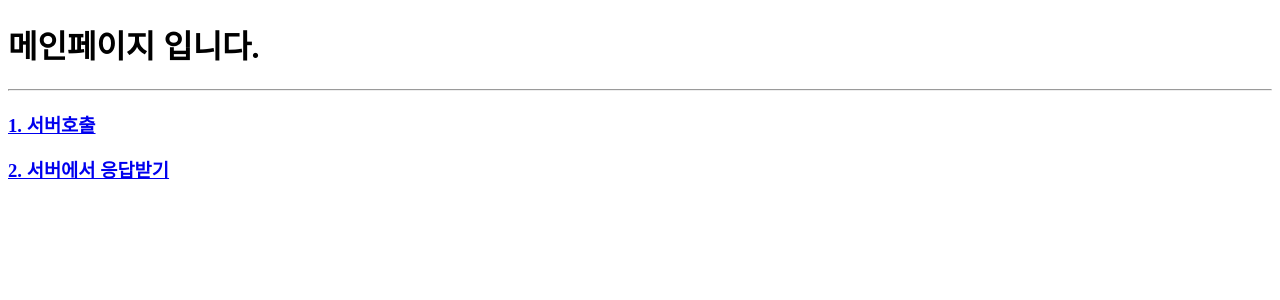
Repository: ParkHyeonju12/servlet
Page: web-workspace/02_noDbProject/src/main/webapp/index.html
These files come from the project's save history. The page is drawn as it stood at one moment and after the next save; the edit follows.
The browser window is 1280 px wide. The pictures show the whole page.

Above is the page before, as saved 2022-08-29 06:49:50.

### web-workspace/02_noDbProject/src/main/webapp/index.html
<!DOCTYPE html>
<html>
<head>
<meta charset="UTF-8">
<title>Insert title here</title>
</head>
<body>
	<h1>메인페이지 입니다.</h1>
	<hr>
	<h3><a href="/requestServer.do">1. 서버호출</a></h3>
	<h3><a href="/responseTest.do">2. 서버에서 응답받기</a></h3>
</body>
</html>

After the next save:
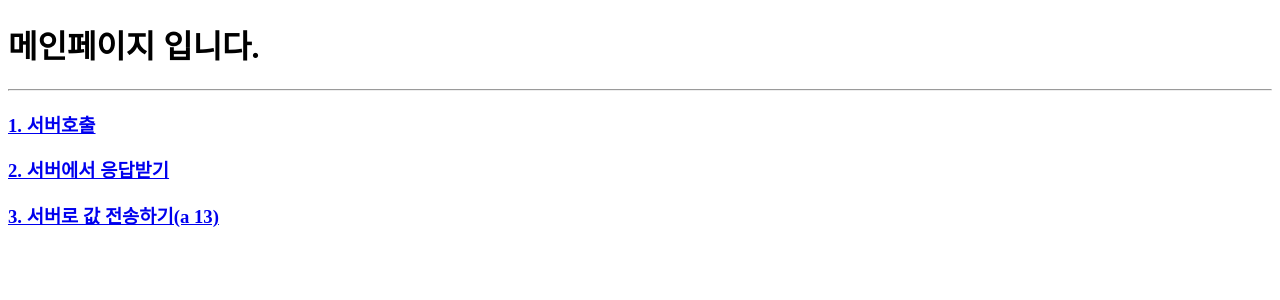
Saved 2 min 55 s later.
--- a/web-workspace/02_noDbProject/src/main/webapp/index.html
+++ b/web-workspace/02_noDbProject/src/main/webapp/index.html
@@ -9,5 +9,6 @@
 	<hr>
 	<h3><a href="/requestServer.do">1. 서버호출</a></h3>
 	<h3><a href="/responseTest.do">2. 서버에서 응답받기</a></h3>
+		<h3><a href="sendData1.do?name=현주&test=abc">3. 서버로 값 전송하기(a 13)</a></h3>
 </body>
 </html>
